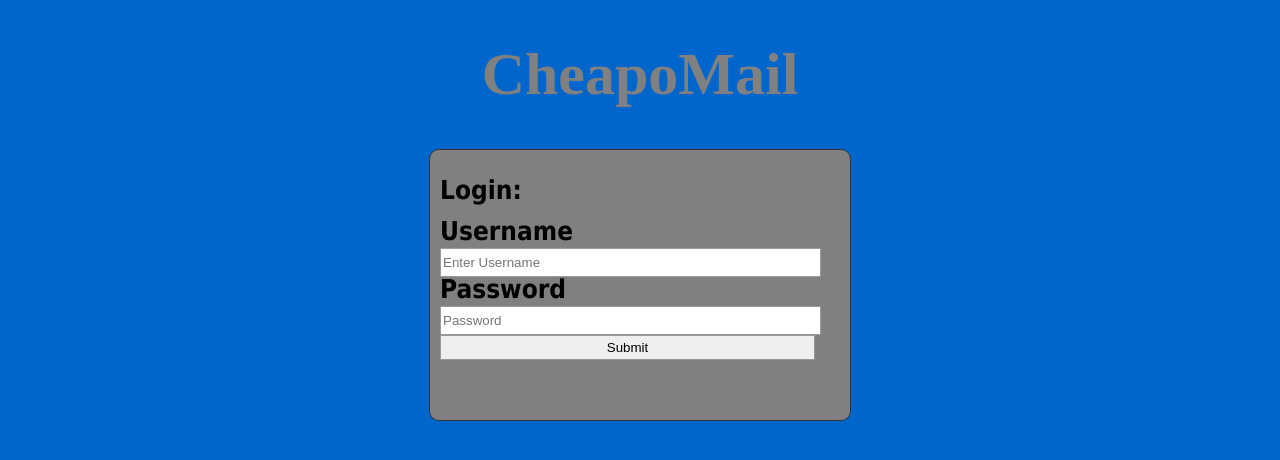
Repository: Wushum/Project-4
Page: cheapomail.html
The author's editor kept a record of every edit. The page is drawn from the files as they stood at one moment, then again after the next edit.
The browser window is 1280 px wide. The pictures show the whole page.

Above is the page before.
Not found: behaviour.js

After the next edit:
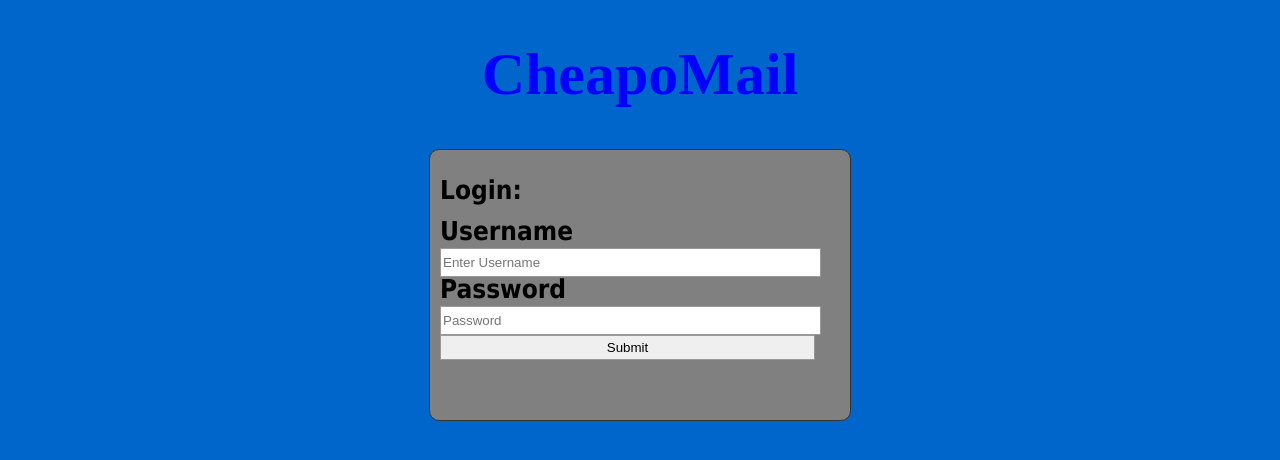
The edit:
--- a/cheapomail.css
+++ b/cheapomail.css
@@ -3,7 +3,7 @@
 }
 
 #heading{
-  color: grey;
+  color: blue;
   text-align: center;
   font-size: 30px;
 
